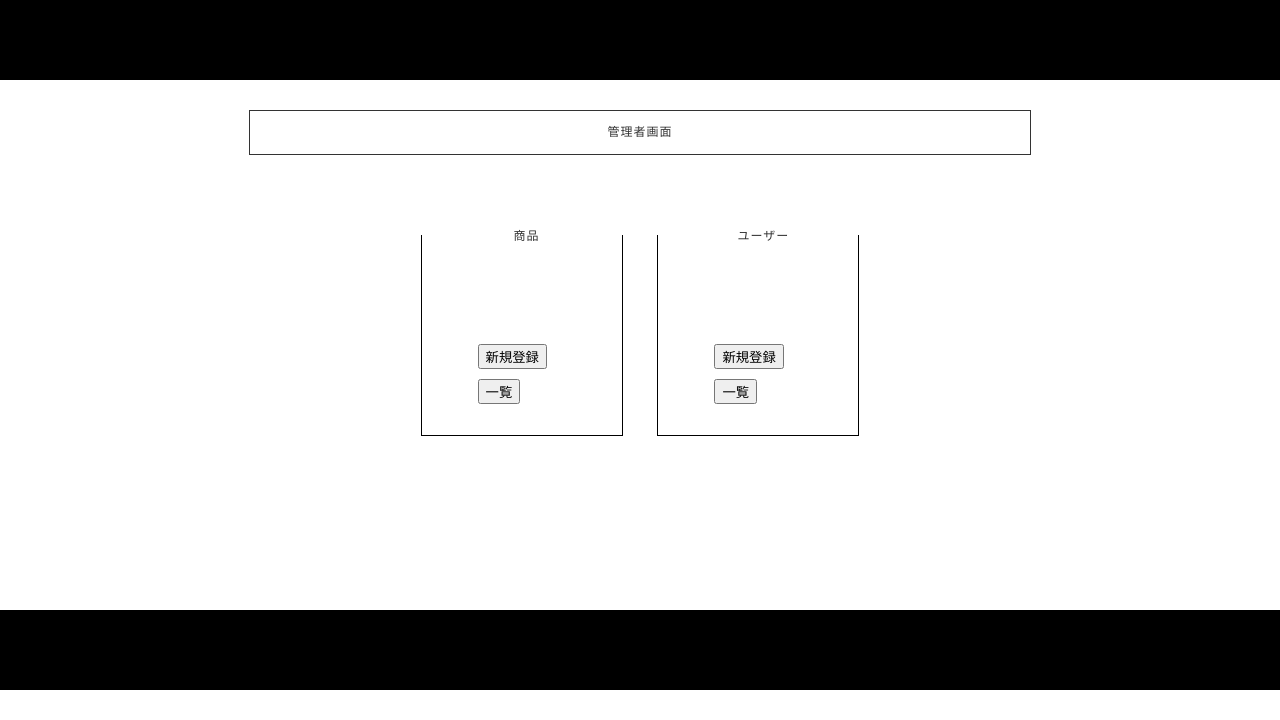
Repository: hiraide8/test
Page: http://localhost/ecsite/admin.jsp
The author's editor kept a copy of each file at every save. The page is drawn from the files as they stood at one save, then again after the next save.
The browser window is 1280 px wide. The pictures show the whole page.
The page is served by Tomcat 9. Other server files are loaded and not shown.

Above is the page before, as saved 2019-01-23 11:58:21.

### ecsite/WebContent/admin.jsp
<%@ page language="java" contentType="text/html; charset=UTF-8"
    pageEncoding="UTF-8"%>
<%@ taglib prefix="s" uri="/struts-tags" %>
<!DOCTYPE html PUBLIC "-//W3C//DTD HTML 4.01 Transitional//EN" "http://www.w3.org/TR/html4/loose.dtd">
<html>
<head>
       <meta http-equiv="Content-Type" content="text/html; charset=UTF-8">
       <meta http-equiv="Content-Style-Type" content="text/css"/>
       <meta http-equiv="Content-Script-Type" content="text/javascript"/>
       <meta http-equiv="imagetoolbar" content="no"/>
       <meta name="descripttion" content=""/>
       <meta name="keywords" content=""/>
       <title>管理者画面</title>
       <style type="text/css">
       /* ========TAG LAYOUT======== */
                body{
                  margin:0;
                  padding:0;
                  line-height:1.6;
                  letter-spacing:1px;
                  font-family:Verdana,Helvetica,sans-serif;
                  font-size:12px;
                  color:#333;
                  background:#fff;
                }
                table{
                  position:relative;
                  top:30px;
                  left:25px;
                }
       /* ========ID LAYOUT======== */
                #top{
                  width:780px;
                  margin:30px auto;
                  border:1px solid #333;
                }
                #header{
                  width:100%;
                  height:80px;
                  background-color:black;
                }
                #main{
                  width:100%;
                  height:500px;
                  text-align:center;
                }
                #footer{
                  width:100%;
                  height:80px;
                  background-color:black;
                  clear:both;
                }
       /* ========CLASS LAYOUT======== */
                .aaa{
                  margin:0 auto;
                  margin-left:15px;
                  margin-right:15px;
                  display:inline-block;
                  margin-top:50px;
                  width:200px;
                  height:200px;
                  border-right:1px solid black;
                  border-left:1px solid black;
                  border-bottom:1px solid black;
                }
                .bbb{
                  position:relative;
                  top:-20px;
                  left:5px;
                }
       </style>
</head>
<body>
       <div id="header">
               <div id="pr">
               </div>
       </div>
       <div id="main">
               <div id="top">
                       <p>管理者画面</p>
               </div>
               <div class="aaa">
               <p class="bbb">商品</p>
                       <table>
                       <tr>
                       <td>
                       <s:form action="ItemCreateAction">
                                  <s:submit value="新規登録"/>
                       </s:form>
                       </td>
                       </tr>
                       <tr>
                       <td>
                       <s:form action="ItemListAction">
                                  <s:submit value="一覧"/>
                       </s:form>
                       </td>
                       </tr>
                       </table>
               </div>
               <div class="aaa">
               <p class="bbb">ユーザー</p>
                       <table>
                       <tr>
                       <td>
                       <s:form action="UserCreateAction">
                                  <s:submit value="新規登録"/>
                       </s:form>
                       </td>
                       </tr>
                       <tr>
                       <td>
                       <s:form action="UserListAction">
                                  <s:submit value="一覧"/>
                       </s:form>
                       </td>
                       </tr>
                       </table>
               </div>
       </div>
       <div id="footer">
               <div id="pr">
               </div>
       </div>
</body>
</html>

After the next save:
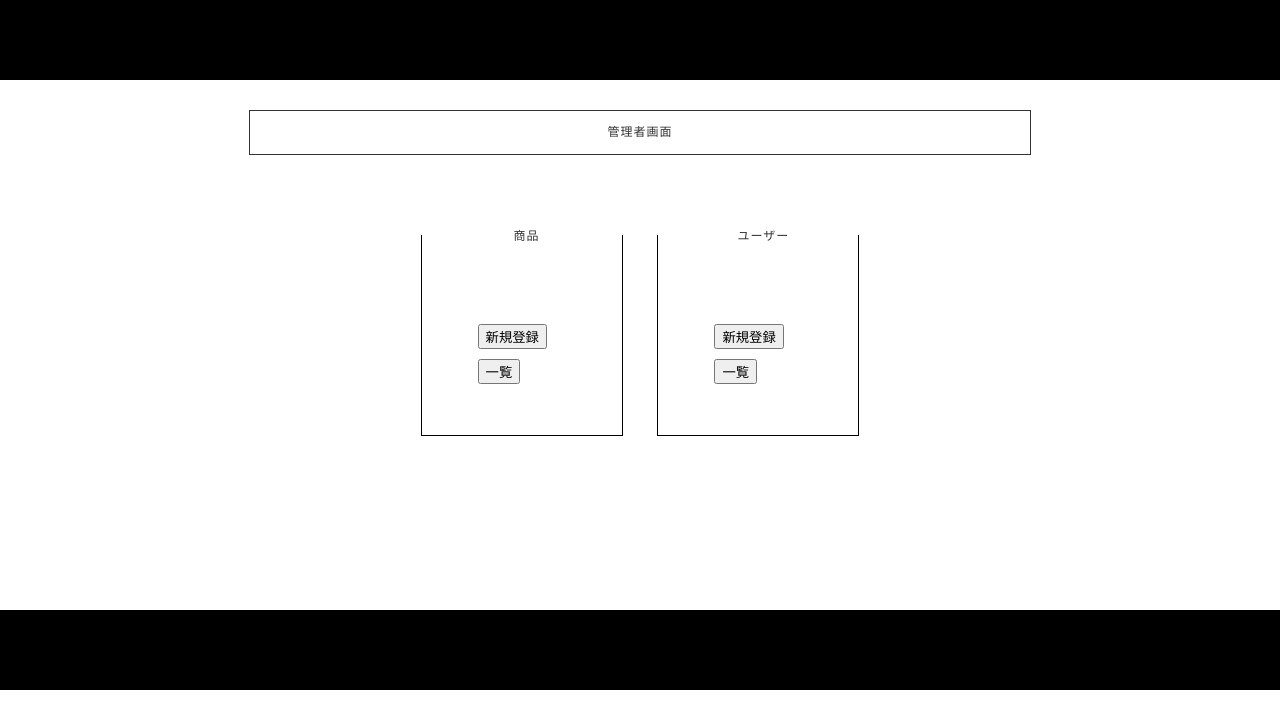
Saved 59 s later.
--- a/ecsite/WebContent/admin.jsp
+++ b/ecsite/WebContent/admin.jsp
@@ -25,7 +25,7 @@
                 }
                 table{
                   position:relative;
-                  top:30px;
+                  top:20px;
                   left:25px;
                 }
        /* ========ID LAYOUT======== */
